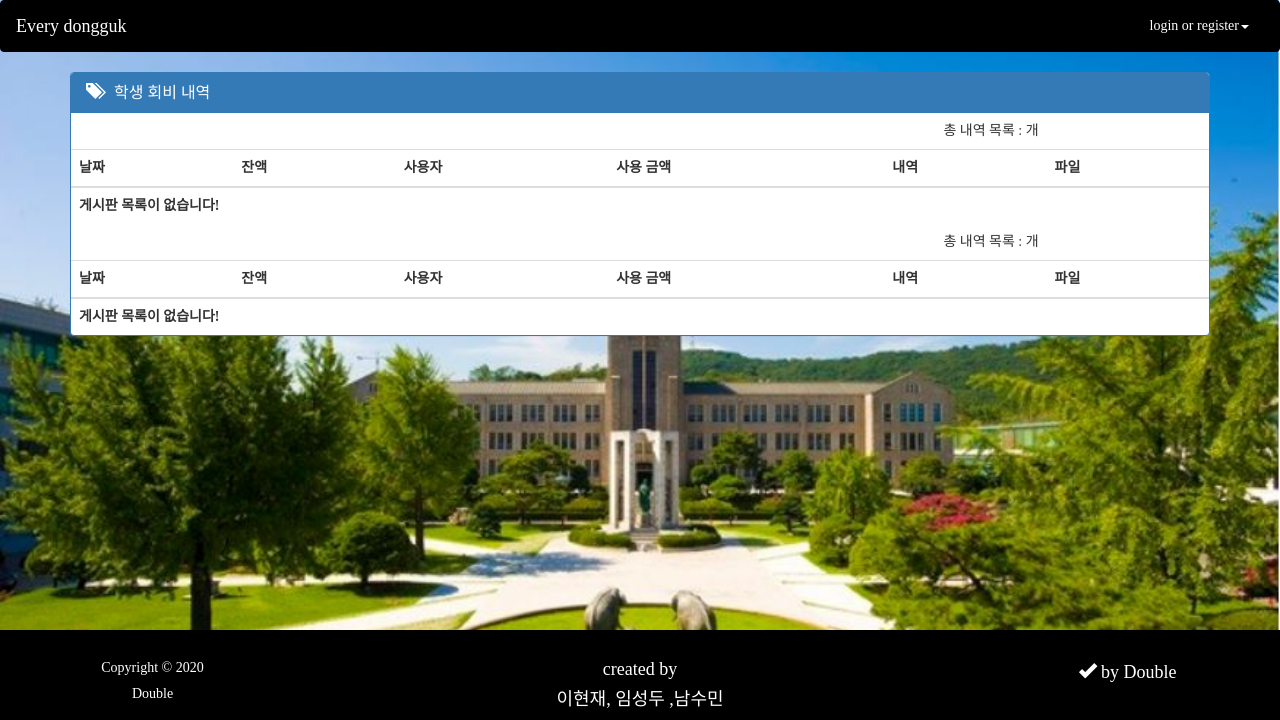
Repository: CSID-DGU/2020-1-ESCD-DOUBLE
Page: http://localhost/web/WEB-INF/views/bank/verify.jsp
These files come from the project's save history. The page is drawn as it stood at one moment and after the next save; the edit follows.
The browser window is 1280 px wide. The pictures show the whole page.
Some web fonts or font styles are not loaded; a fallback is used. Some web libraries are served in a nearby version. The page is served by Tomcat 9. Nobody is signed in. Other server files are loaded and not shown. The template is opened directly, without the code that normally fills it, so the values that code supplies are empty.

Above is the page before, as saved 2020-05-17 14:34:03.

### web/src/main/webapp/WEB-INF/views/bank/verify.jsp
<%@ page language="java" contentType="text/html; charset=EUC-KR"
    pageEncoding="EUC-KR"%>
    <%@ taglib prefix="c" uri="http://java.sun.com/jsp/jstl/core"%>
<!DOCTYPE html>
<html>
<head>
<link rel="stylesheet" href="resources/css/bootstrap.css">
<link rel="stylesheet" href="resources/css/customize.css">
<link rel="stylesheet" href="resources/css/template.css">
<script src="https://code.jquery.com/jquery-3.1.1.min.js"></script>
<script src="resources/js/bootstrap.js"></script>

<meta charset="EUC-KR">
<title>Insert title here</title>
<style>

blockquote{
background:#f9f9f9;
border-left:10px solid #cccccc;
margin: 1.5em 10px;
padding: 0.5em 10px;
quotes: "\201C""\201D""\2018""\2019"
}
blockquote:before{
color:#cccccc;
content:open-quote;
font-size:3em;
line-height:0.1em;
margin-left:0.25em;
vertical-align:-0.4em;
}
blockquote:after{
color:#cccccc;
content:close-quote;
font-size:3em;
line-height:0.1em;
margin-left:0.25em;
vertical-align:-0.4em;
}


</style>
</head>

<body class="body">

<%@include file="../template/header.jsp"%>
<div class="container">
	<div class="row">
		<div class="col-xs-12">
		<div class="panel panel-primary">
		<div class="panel-heading">
			<h3 class="panel-title">
				<span class="glyphicon glyphicon-tags"></span>
				&nbsp;&nbsp;학생 회비 내역

			</h3>
		</div>

		<table class="table">
			<thead>
			  <tr>
  				<td colspan="5" align="right"> 총 내역 목록 : <b>${totalCount }</b>개
  			</tr>
			<tr>
			<th>날짜</th>	<th>잔액</th>	<th>사용자</th>	<th>사용 금액</th><th>내역</th><th>파일</th>
			</tr>
			</thead>
			<tbody>
	  <c:if test="${!empty blv1 }">
   <c:forEach var= "list" items="${blv1 }">
   <tr>
    <th>${list.getBdate() }</th><input type="hidden" name="Bdate">
    <th>${list.getBrest() }</th><input type="hidden" name="Brest">
    <th>${list.getBuser() }</th><input type="hidden" name="Buser">
    <th>${list.getBinout() }</th><input type="hidden" name="Binout">
    <th>${list.getBmemo() }</th><input type="hidden" name="Bmemo">
    <th><a href="/web/downloadFile?fname=${list.getFname() }  ">${list.getFname() }  </a><br>


    </th>
  </tr></c:forEach></c:if>

    <c:if test="${empty blv1 }">
  <tr>
   <th colspan="5">게시판 목록이 없습니다!</th></tr></c:if>
			</tbody>

		</table>







		<table class="table">
			<thead>
			  <tr>
  				<td colspan="5" align="right"> 총 내역 목록 : <b>${totalCount }</b>개
  			</tr>
			<tr>
			<th>날짜</th>	<th>잔액</th>	<th>사용자</th>	<th>사용 금액</th><th>내역</th><th>파일</th>
			</tr>
			</thead>
			<tbody>
	  <c:if test="${!empty blv2 }">
   <c:forEach var= "list" items="${blv2 }">
   <tr>
    <th>${list.getBdate() }</th><input type="hidden" name="Bdate">
    <th>${list.getBrest() }</th><input type="hidden" name="Brest">
    <th>${list.getBuser() }</th><input type="hidden" name="Buser">
    <th>${list.getBinout() }</th><input type="hidden" name="Binout">
    <th>${list.getBmemo() }</th><input type="hidden" name="Bmemo">
    <th><a href="/web/downloadFile?fname=${list.getFname() }  ">${list.getFname() }  </a><br>


    </th>
  </tr></c:forEach></c:if>

    <c:if test="${empty blv2 }">
  <tr>
   <th colspan="5">게시판 목록이 없습니다!</th></tr></c:if>
			</tbody>

		</table>


		</div></div>
	</div>
</div>

<div class="footer">
<%@include file="../template/footer.jsp"%></div>
</body>
</html>

### web/src/main/webapp/WEB-INF/views/template/header.jsp
<%@ page language="java" contentType="text/html; charset=EUC-KR"
    pageEncoding="EUC-KR"%>
<!DOCTYPE html>
<html>
<head>
<meta charset="EUC-KR">
<title>Insert title here</title>
<link rel="stylesheet" href="resources/css/bootstrap.css">
<link rel="stylesheet" href="resources/css/customize.css">
</head>
<body>
<script src="https://code.jquery.com/jquery-3.1.1.min.js"></script>
<script src="resources/js/bootstrap.js"></script>
<%@taglib prefix= "c" uri= "http://java.sun.com/jsp/jstl/core" %>
<nav class="navbar navbar-default">
	<div class="container-fluid">

		<div class="navbar-header">
			<button type="button" class="navbar-toggle collapsed" data-toggle="collapse"
			data-target="#bs-example-navbar-collapse-1" aria-expanded="false"><!-- 크기를 줄였을때 나타나는 버튼 -->
				<span class="sr-only"></span>
				<span class="icon-bar"></span>
				<span class="icon-bar"></span>
				<span class="icon-bar"></span>
			</button>
			<a class="navbar-brand" href="index">Every dongguk</a>
		</div>

		<div class="collapse navbar-collapse" id="bs-example-navbar-collapse-1"><!-- 네비 중간 대부분을 차지함 -->

			<ul class="nav navbar-nav navbar-right">
				<li class="dropdown">
					<a href="#" class="dropdown-toggle" data-toggle="dropdown" role="button"
					aria-haspopup="true" aria-expanded="false"><c:if test="${empty Sid }">login or register</c:if><c:if test="${not empty Sid }">${Sid } 님 환영합니다.</c:if><span class="caret"></span></a>
					<ul class="dropdown-menu">

					<c:choose>
					<c:when test="${empty Sid }">
						<li><a href="login_form">로그인</a></li>
						<li><a href="register_form">회원가입</a></li>
					</c:when>
					<c:otherwise>
						<li><a href="logout">로그아웃</a></li>
						<li><a href="mypage">마이페이지(${Sid})</a></li>
						</c:otherwise>
						</c:choose>

					</ul>

				</li>
			</ul>

		</div>
	</div>
</nav>



</body>
</html>

### web/src/main/webapp/WEB-INF/views/template/footer.jsp
<%@ page language="java" contentType="text/html; charset=EUC-KR"
    pageEncoding="EUC-KR"%>
<!DOCTYPE html>
<html>
<head>
<meta charset="EUC-KR">
<title>Insert title here</title>
<link rel="stylesheet" href="resources/css/bootstrap.css">
<link rel="stylesheet" href="resources/css/customize.css">

</head>
<body>
<script src="https://code.jquery.com/jquery-3.1.1.min.js"></script>
<script src="resources/js/bootstrap.js"></script>

<style type="text/css">
#footul ,#footul2{
color:white;}
#footul:hover ,#footul2:hover{

background-color:black;


}
#footul:focus,#footul2:hover{
background-color:black;}

</style>

<footer style="background-color: #000000;color:#ffffff">
	<div class="container">
		<br>
		<div class="row">
			<div class="col-sm-2" style="text-align: center;"><h5>Copyright &copy; 2020</h5><h5>Double </h5></div>
			<div class="col-sm-8"><h4>created by<h4><p>이현재, 임성두 ,남수민</p></div>

			<div class="col-sm-2"><h4 style="text-align:center;"><span class="glyphicon glyphicon-ok"></span>&nbsp;by Double</h4></div>
	</div>


</div>
</footer>


</body>
</html>

### web/src/main/webapp/resources/css/customize.css
@import url(http://fonts.googleapis.com/earlyaccess/nanumgothic.css);
*{font-family:'Nanum Gothic';}
a{
	color:#000000;
	text-decoration:none;
}
a:hover{
	color:#bbbbbb;
	text-decoration:none;
	cursor:pointer;
}
.navbar-default{/*까만색!*/
	background-color:#000000;
	border-color:#000000;
}
.navbar-default .navbar-brand{
	color:#ffffff;/*하얀색!*/
}
.navbar-default .navbar-brand:hover,
.navbar-default .navbar-brand:focus{
	background-color:transparent;
	color:#bbbbbb;
}
.navbar-default .navbar-nav> .active>a,
.navbar-default .navbar-nav> .active>a:hover,
.navbar-default .navbar-nav> .active>a:focus{
	color:white;
	background-color:#000000;
}
.navbar-default .navbar-nav> li>a:hover,
.navbar-default .navbar-nav> li>a:focus{
	color:#bbbbbb;
}
.navbar-default .navbar-nav> .open>a,
.navbar-default .navbar-nav> .open>a:hover,
.navbar-default .navbar-nav> .open>a:focus{
	color:#000000;
	background-color:#ffffff;
	text-decoration:none;
}
.navbar-default .navbar-nav>li>a{
	color:white;
}
@media(max-width:767px){
	.navbar-default .navbar-nav .open .dropdown-menu>li>a{
	color:#ffffff;}
	.navbar-default .navbar-nav .open .dropdown-menu>li>a:hover,
	.navbar-default .navbar-nav .open .dropdown-menu>li>a:focus{
	color:#bbbbbb;}

}

### web/src/main/webapp/resources/css/template.css
@charset "UTF-8";

.footer {

position: absolute;
left: 0;
bottom: 0;
width: 100%;
text-align: center;
color: white;
}
.body {
		background-image : url('../images/dgu.JPG');
		background-repeat : no-repeat;
		background-size : cover;


}

Loaded but not shown: web/src/main/webapp/resources/css/bootstrap.css (library); web/src/main/webapp/resources/js/bootstrap.js (library)

After the next save:
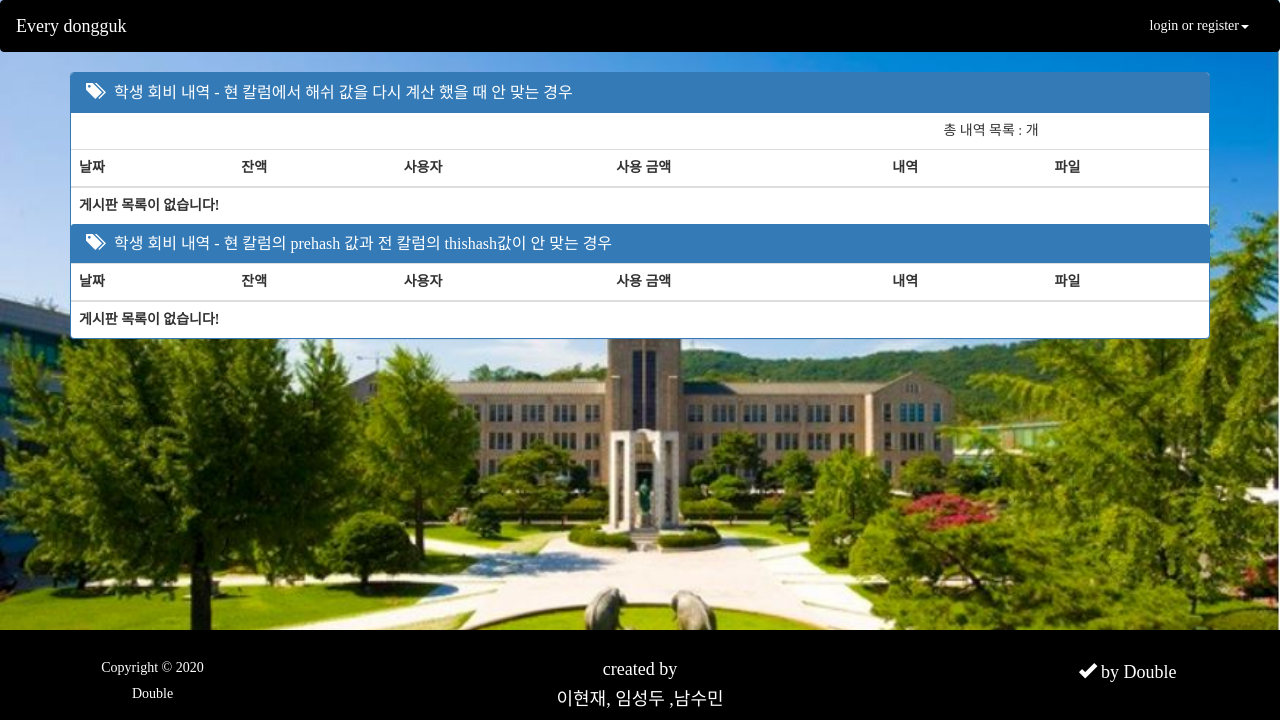
Saved 97 s later.
--- a/web/src/main/webapp/WEB-INF/views/bank/verify.jsp
+++ b/web/src/main/webapp/WEB-INF/views/bank/verify.jsp
@@ -52,7 +52,7 @@ vertical-align:-0.4em;
 		<div class="panel-heading">
 			<h3 class="panel-title">
 				<span class="glyphicon glyphicon-tags"></span>
-				&nbsp;&nbsp;학생 회비 내역
+				&nbsp;&nbsp;학생 회비 내역 - 현 칼럼에서 해쉬 값을 다시 계산 했을 때 안 맞는 경우
 
 			</h3>
 		</div>
@@ -90,14 +90,19 @@ vertical-align:-0.4em;
 
 
 
+			<div class="panel-heading">
+			<h3 class="panel-title">
+				<span class="glyphicon glyphicon-tags"></span>
+				&nbsp;&nbsp;학생 회비 내역 - 현 칼럼의 prehash 값과 전 칼럼의 thishash값이 안 맞는 경우
 
+			</h3>
+		</div>
 
 
 
 		<table class="table">
 			<thead>
 			  <tr>
-  				<td colspan="5" align="right"> 총 내역 목록 : <b>${totalCount }</b>개
   			</tr>
 			<tr>
 			<th>날짜</th>	<th>잔액</th>	<th>사용자</th>	<th>사용 금액</th><th>내역</th><th>파일</th>
